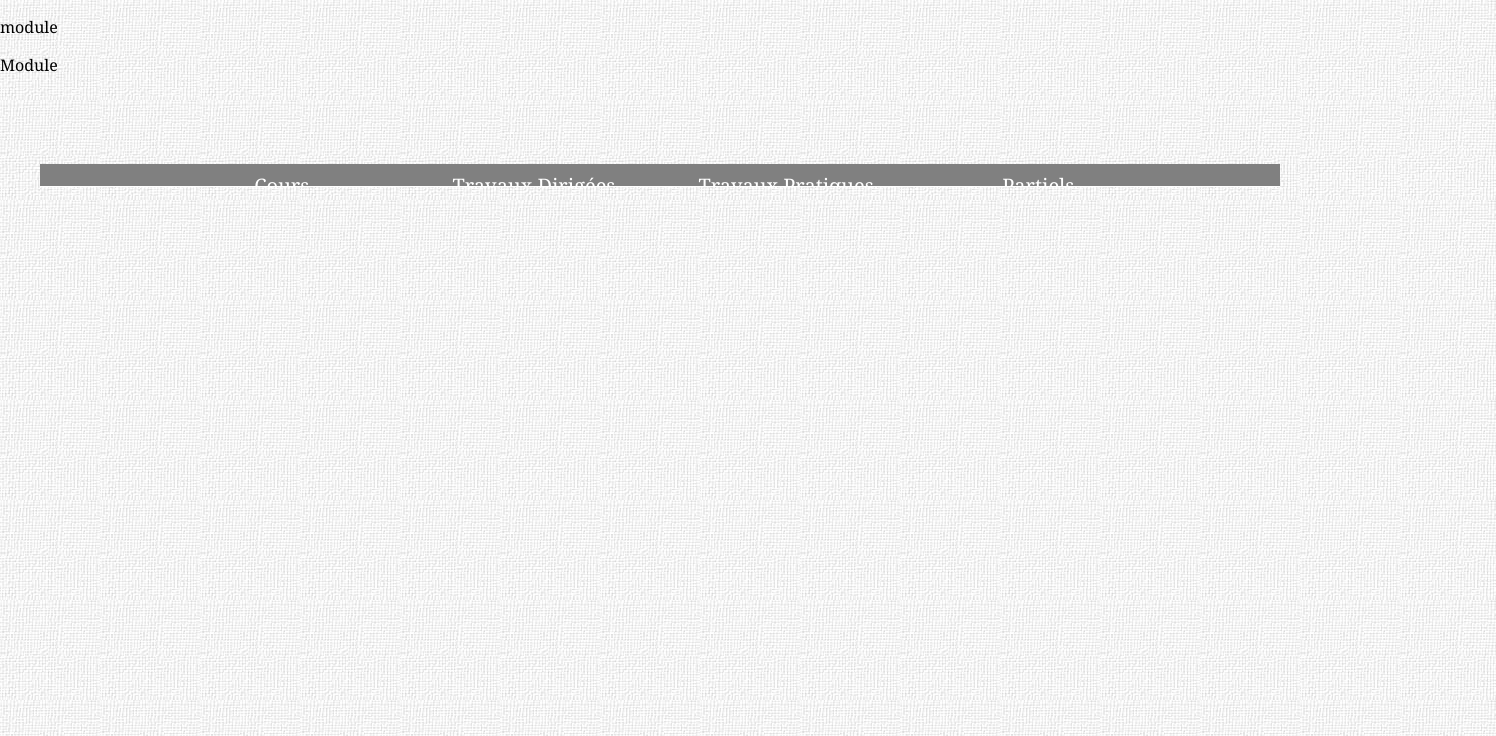
Repository: ValentinArg/PETUT
Page: http://localhost/PETUT/WEB-INF/jsp/eleve/semestre1.jsp
The author's editor kept a copy of each file at every save. The page is drawn from the files as they stood at one save, then again after the next save.
The browser window is 1280 px wide. The page is 1496 px wide, then 1280 px, so the pictures cover 1496 px, including what lies to the right of the window. The pictures show the whole page.
After loading, the first visible `#boutonHautBas` was clicked once.
Some web libraries are served in a nearby version. The page is served by Tomcat 9. Nobody is signed in. The template is opened directly, without the code that normally fills it, so the values that code supplies are empty.

Above is the page before, as saved 2016-10-02 10:01:31.

After the next save:
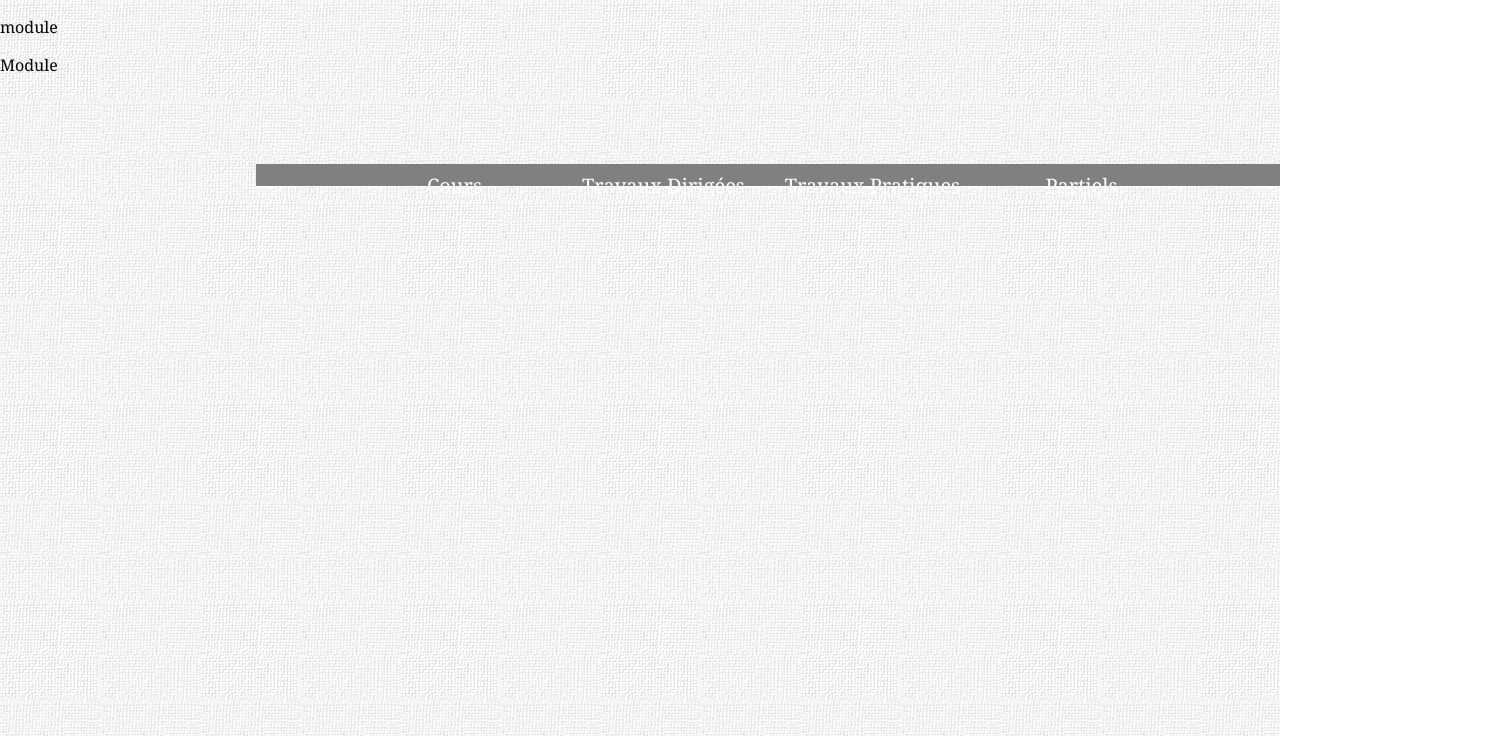
Saved 91 s later.
--- a/PETUT/WebContent/WEB-INF/jsp/eleve/semestre1.jsp
+++ b/PETUT/WebContent/WEB-INF/jsp/eleve/semestre1.jsp
@@ -56,15 +56,13 @@
 				//document.getElementById('conteneurGeneral').style.marginLeft="0px"
 				if($('#navigation').is(':animated')){
 					checkAnimate();
-				}else{
-
 				}
-
-				//$('#conteneurGeneral').animate({ "width": "+=20%" }, 1000 );
 				haut = true;
 			}else{
 				$('#navigation').slideDown();
-				document.getElementById('conteneurGeneral').style.marginLeft="20%"
+				if($('#navigation').is(':animated')){
+					checkAnimate();
+				}
 				haut = false;
 			}
 		}
@@ -75,7 +73,10 @@
                     checkAnimate();
                 }, 0 );
             }else{
-            	$('#conteneurGeneral').animate({ "left": "-=20%","width": "+=20%" }, 1000 );
+            	if(!haut)
+            		$('#conteneurGeneral').animate({ "left": "-=20%","width": "+=20%" }, 1000 );
+            	else
+            		document.getElementById('conteneurGeneral').style.marginLeft="20%"
             }
         }
 
